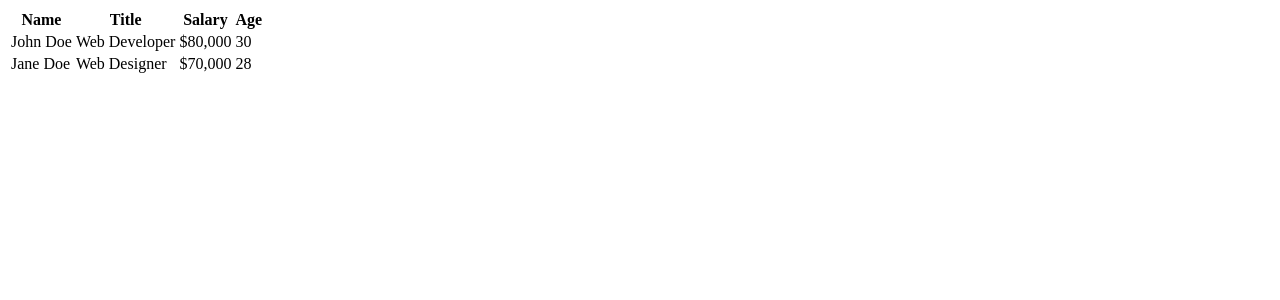
Repository: arunyerram/Web-TEChnologies
Page: Class2/code.html
The author's editor kept a copy of each file at every save. The page is drawn from the files as they stood at one save, then again after a run of saves.
The browser window is 1280 px wide. The pictures show the whole page.

Above is the page before, as saved 2025-02-14 12:38:44.

After the next 4 saves:
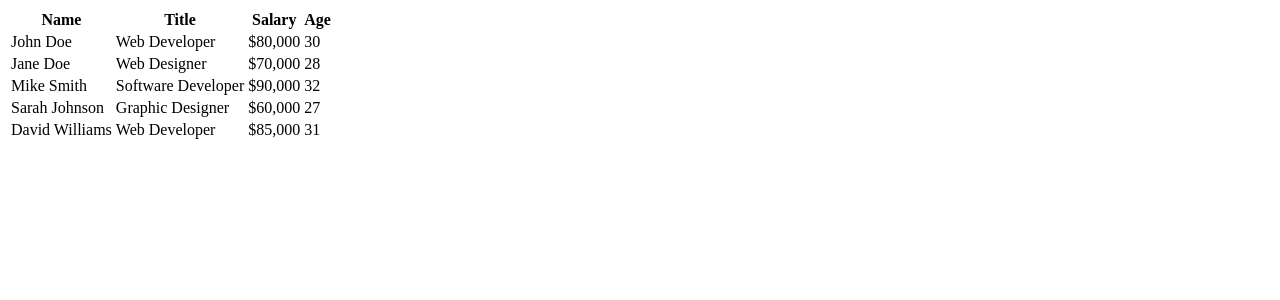
The 4 saves are shown as one change because they came seconds apart.
The last was saved 13 s later.
--- a/Class2/code.html
+++ b/Class2/code.html
@@ -28,7 +28,24 @@
                 <td>$70,000</td>
                 <td>28</td>
             </tr>
-
+            <tr>
+                <td>Mike Smith</td>
+                <td>Software Developer</td>
+                <td>$90,000</td>
+                <td>32</td>
+            </tr>
+            <tr>
+                <td>Sarah Johnson</td>
+                <td>Graphic Designer</td>
+                <td>$60,000</td>
+                <td>27</td>
+            </tr>
+            <tr>
+                <td>David Williams</td>
+                <td>Web Developer</td>
+                <td>$85,000</td>
+                <td>31</td>
+            </tr>
         </tbody>
 
     </table>
